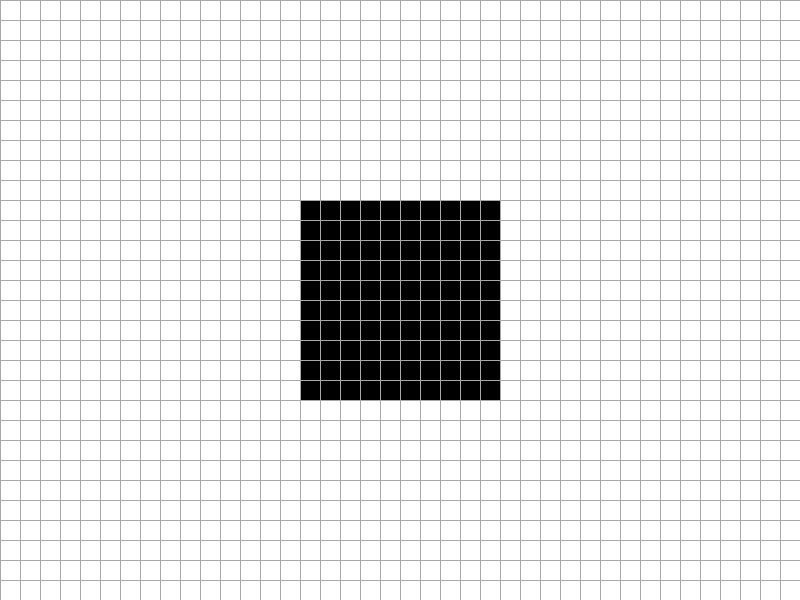
Repository: GreenSheep-Studio/PythonLearning
Script's output: python src/Ax.py
The author's editor kept a copy of each file at every save. The script's output is drawn from the files as they stood at one save, then again after the next save.
The window is shown after at most 60 frames with no key pressed. Random numbers start from a fixed seed.

Above is the script's output before, as saved 2023-12-07 23:25:24.

After the next save:
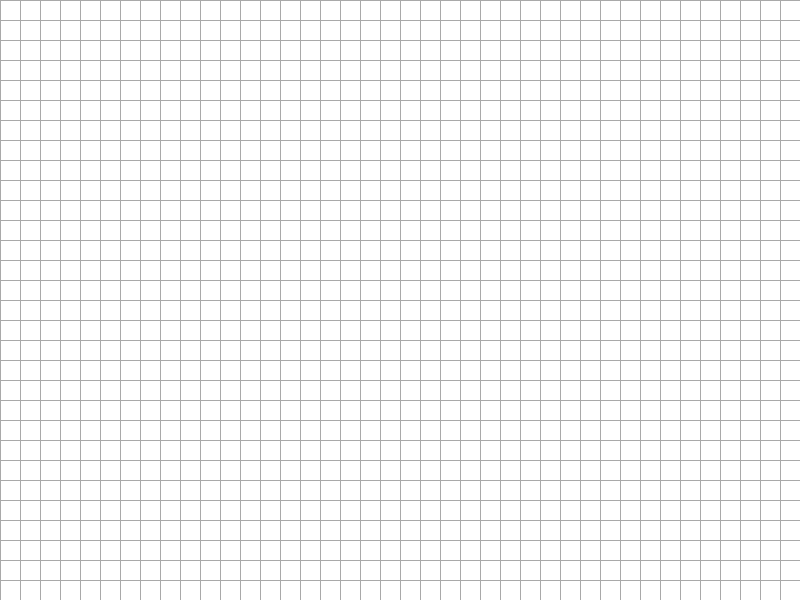
Saved 88 s later.
--- a/src/Ax.py
+++ b/src/Ax.py
@@ -9,7 +9,7 @@ Dijkstra = 1
 #模式选择: Dijkstra or Astar
 mode = Astar
 
-GAME_LEVEL =0  #障碍物等级，目前可选项为0或1
+GAME_LEVEL =10  #障碍物等级，目前可选项为0或1
 delay_sec = 0.05   #算法延时，单位：秒；可设置延时来观察学习路径规划的逐步实现过程
 #颜色RGB值
 grey = (169, 169, 169)
